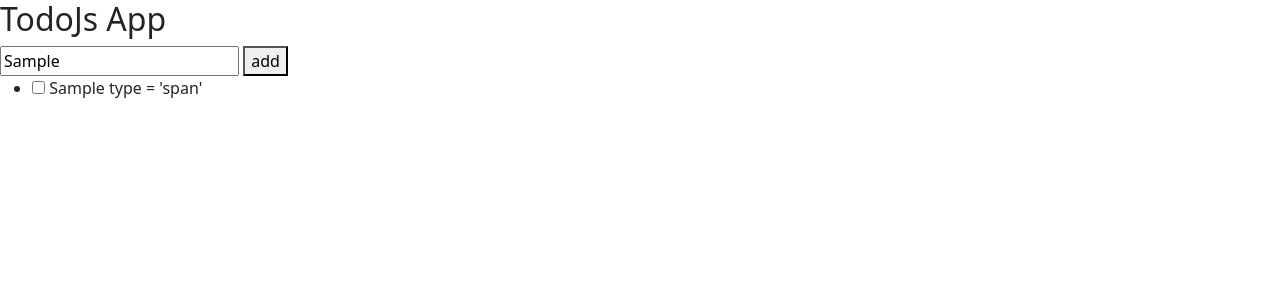
Repository: VladimirKasyanov/Todo
Page: index.html
These files come from the project's save history. The page is drawn as it stood at one moment and after the next save; the edit follows.
The browser window is 1280 px wide. The pictures show the whole page.
Empty fields were first filled with sample values (such as "Sample", 5 or name@example.com).
After loading, the first visible `button.add` was clicked once.

Above is the page before, as saved 2024-05-16 10:44:17.

After the next save:
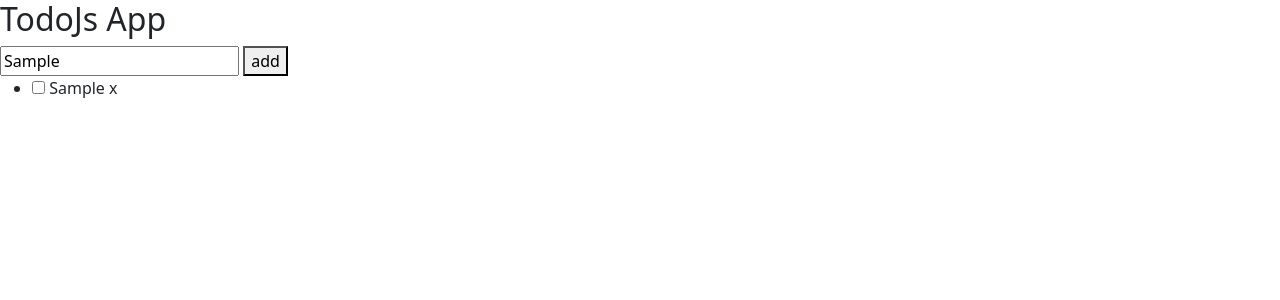
Saved 3 min 48 s later.
--- a/todo.js
+++ b/todo.js
@@ -24,7 +24,7 @@ const displayList = (arr) => {
         `<li>
         <input type='checkbox' id='item_${i}'>
         <label for='item_${i}'>${item.description}</label>
-        type = 'span'
+        x
         </li>`;
         // todo.innerHTML = displayList;
         span.innerHTML = '\u00d7';
